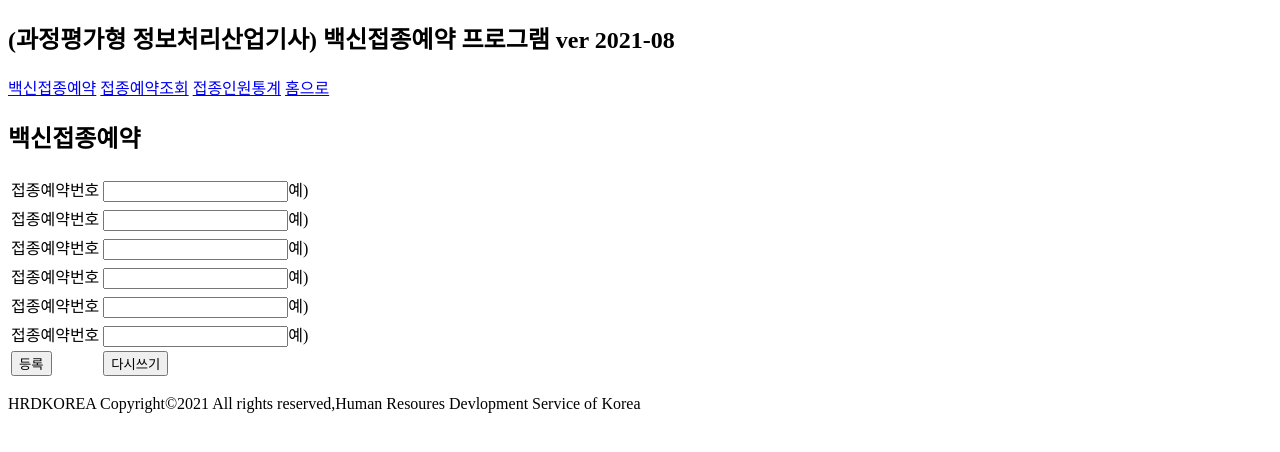
Repository: functional-Kimgyutae/IndustrialEngineerInformationProcessing
Page: http://localhost/HRD_30606/insert.jsp
An editor plug-in stored every save of this project. The page is shown before and after the next save, followed by the edit.
The browser window is 1280 px wide. The pictures show the whole page.
The page is served by Tomcat 9.

Above is the page before, as saved 2022-04-26 01:29:47.

After the next save:
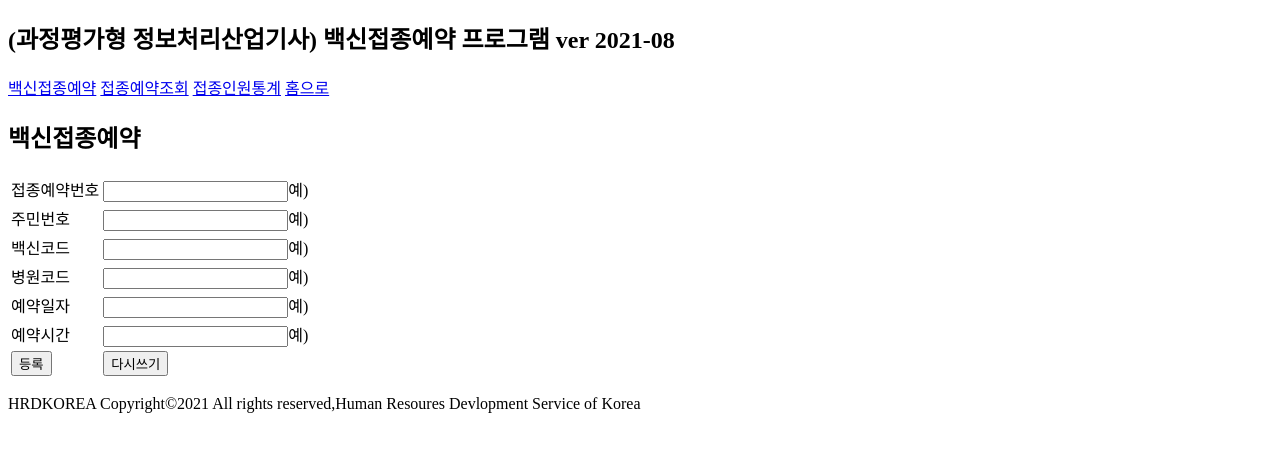
Saved 9 min 47 s later.
--- a/HRDKOREA/HRD_30606/WebContent/insert.jsp
+++ b/HRDKOREA/HRD_30606/WebContent/insert.jsp
@@ -4,31 +4,31 @@
 
 <section>
 	<h2>백신접종예약</h2>
-	<form action="/insertProc.jsp" mothod="post">
+	<form action="/insertProc.jsp" name="form" mothod="post">
 		<table>
 			<tr>
 				<td>접종예약번호</td>
 				<td><input type="text" name="resvno">예)</td>
 			</tr>
 			<tr>
-				<td>접종예약번호</td>
-				<td><input type="text" name="resvno">예)</td>
+				<td>주민번호</td>
+				<td><input type="text" name="jumin">예)</td>
 			</tr>
 			<tr>
-				<td>접종예약번호</td>
-				<td><input type="text" name="resvno">예)</td>
+				<td>백신코드</td>
+				<td><input type="text" name="vcode">예)</td>
 			</tr>
 			<tr>
-				<td>접종예약번호</td>
-				<td><input type="text" name="resvno">예)</td>
+				<td>병원코드</td>
+				<td><input type="text" name="hcode">예)</td>
 			</tr>
 			<tr>
-				<td>접종예약번호</td>
-				<td><input type="text" name="resvno">예)</td>
+				<td>예약일자</td>
+				<td><input type="text" name="resvDate">예)</td>
 			</tr>
 			<tr>
-				<td>접종예약번호</td>
-				<td><input type="text" name="resvno">예)</td>
+				<td>예약시간</td>
+				<td><input type="text" name="resvTime">예)</td>
 			</tr>
 			<tr>
 				<td><button type="button" onclick="onClick()">등록</button></td>
@@ -36,6 +36,47 @@
 			</tr>
 		</table>
 	</form>
+	<script>
+		function onClick() {
+			if(document.form.resvno.value == ""){
+				document.form.resvno.focus();
+				alert("접종예약번호가 입력되지 않았습니다.");
+				return;
+			}
+			if(document.form.jumin.value == ""){
+				document.form.jumin.focus();
+				alert("주민번호가 입력되지 않았습니다.");
+				return;
+			}
+			if(document.form.vcode.value == ""){
+				document.form.vcode.focus();
+				alert("백신코드가 입력되지 않았습니다.");
+				return;
+			}
+			if(document.form.hcode.value == ""){
+				document.form.hcode.focus();
+				alert("병원코드가 입력되지 않았습니다.");
+				return;
+			}
+			if(document.form.resvDate.value == ""){
+				document.form.resvDate.focus();
+				alert("예약일자가 입력되지 않았습니다.");
+				return;
+			}
+			if(document.form.resvTime.value == ""){
+				document.form.resvTime.focus();
+				alert("예약시간이 입력되지 않았습니다.");
+				return;
+			}
+			document.form.submit();
+		}
+		function reset2() {
+			document.form.reset();
+			alert("리셋");
+		}
+
+
+	</script>
 </section>
 
 <%@include file="footer.jsp" %>
